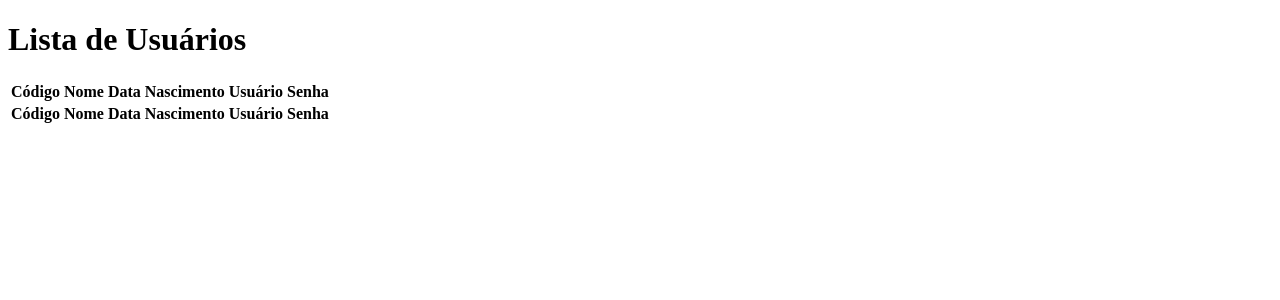
Repository: HigorRoc/Uninove_2021.1_AplicacaoWebQuarta
Page: http://localhost/usersManager/formMostraUsuarios.jsp
These files come from the project's save history. The page is drawn as it stood at one moment and after the next save; the edit follows.
The browser window is 1280 px wide. The pictures show the whole page.
The page is served by Tomcat 9.

Above is the page before, as saved 2021-05-20 00:06:35.

After the next save:
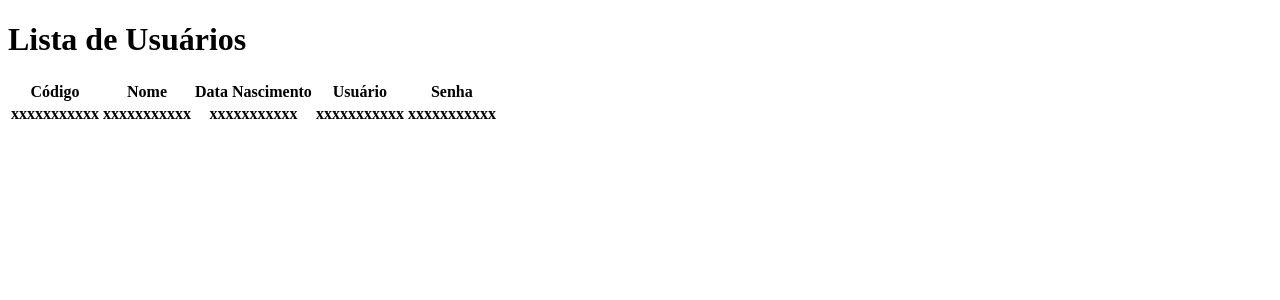
Saved 11 s later.
--- a/usersManager/WebContent/formMostraUsuarios.jsp
+++ b/usersManager/WebContent/formMostraUsuarios.jsp
@@ -21,11 +21,11 @@
 			</thead>
 			<tbody>
 				<tr>
-					<th>Código</th>
-					<th>Nome</th>
-					<th>Data Nascimento</th>
-					<th>Usuário</th>
-					<th>Senha</th>
+					<th>xxxxxxxxxxx</th>
+					<th>xxxxxxxxxxx</th>
+					<th>xxxxxxxxxxx</th>
+					<th>xxxxxxxxxxx</th>
+					<th>xxxxxxxxxxx</th>
 				</tr>
 			</tbody>
 		</table>
